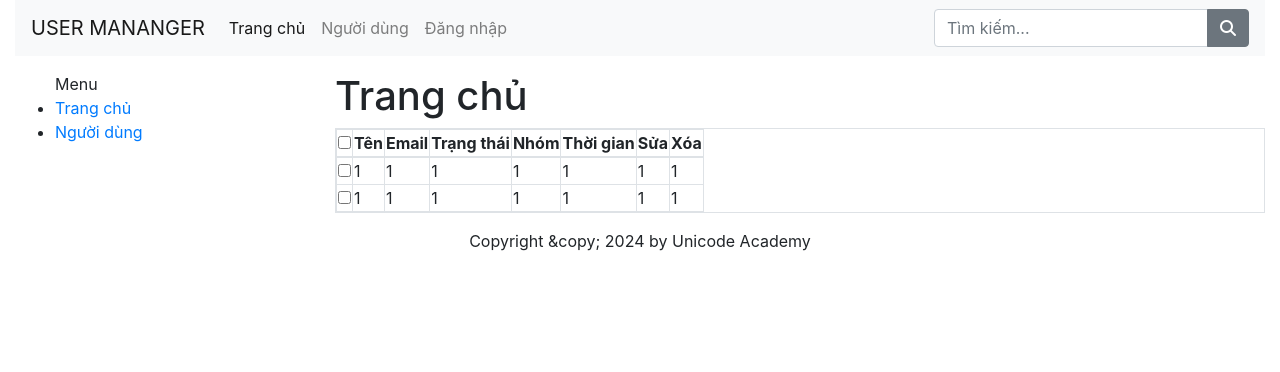
Repository: tam1512/USER_MANAGERMENT_MVC
Page: http://localhost/nguoi-dung
The author's editor kept a copy of each file at every save. The page is drawn from the files as they stood at one save, then again after the next save.
The browser window is 1280 px wide. The pictures show the whole page.
The page is run by PHP 8.4 with error messages shown; the project is at /var/www/html/.

Above is the page before, as saved 2024-04-04 16:37:42.

After the next save:
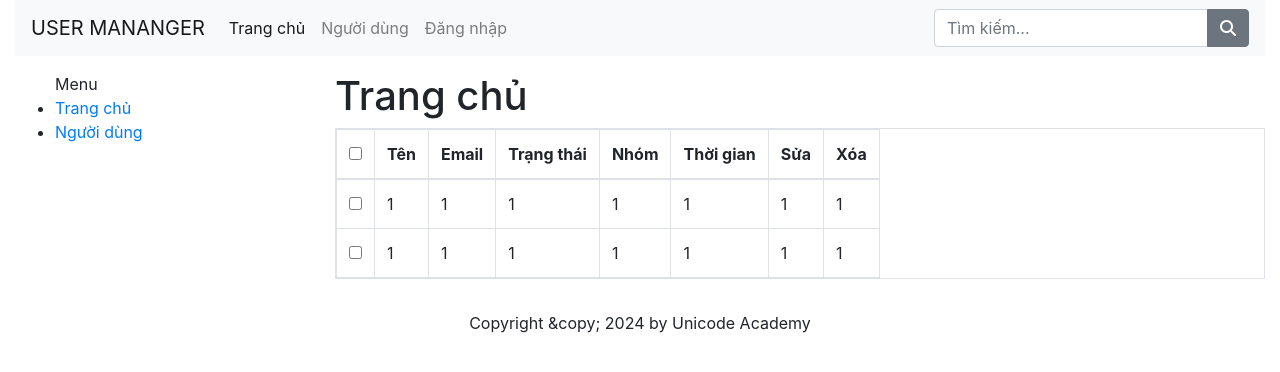
Saved 86 s later.
--- a/app/views/user/index.php
+++ b/app/views/user/index.php
@@ -1,6 +1,6 @@
 <div class="col-9">
    <h1>{{$title}}</h1>
-   <table class="tabele table-bordered table-responsive">
+   <table class="table table-bordered table-responsive">
       <thead>
          <tr>
             <th><input type="checkbox" name="chooseUser" id="checkAllUser"></th>
